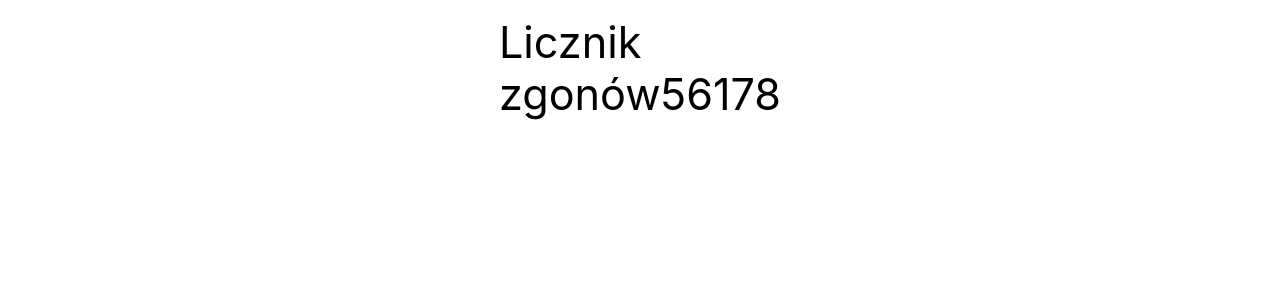
Repository: michalgornicki/poland-covid
Page: /
The author's editor kept a copy of each file at every save. The page is drawn from the files as they stood at one save, then again after a run of saves.
The browser window is 1280 px wide. The pictures show the whole page.
The project was rebuilt for these pictures with package versions that can differ from the ones it lists, and the page was loaded fresh each time.

Above is the page before, as saved 2021-12-04 19:06:14.

After the next 5 saves:
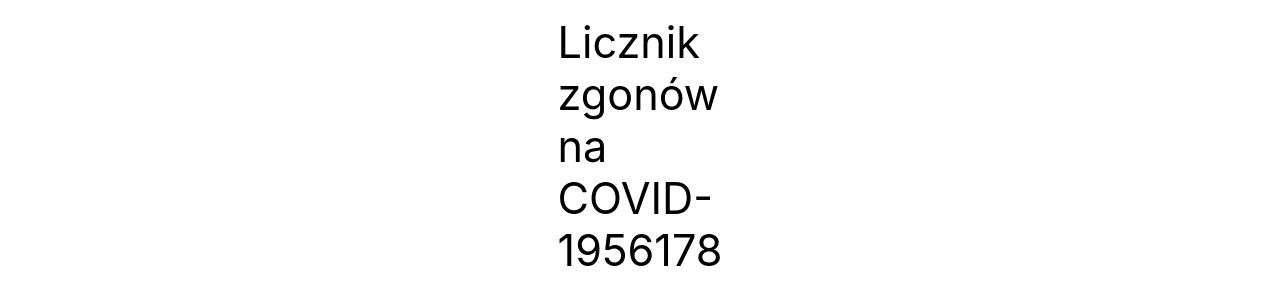
The 5 saves are shown as one change because they came seconds apart.
The last was saved 14 s later.
--- a/src/App.jsx
+++ b/src/App.jsx
@@ -14,7 +14,7 @@ function App() {
     let thisYearSeconds = Math.round(seconds - 1609401600)
 
     let deaths = Math.round(thisYearSeconds*0.00192110763);
-    document.getElementsByClassName('counter')[0].innerHTML = "Licznik zgonów" + deaths;
+    document.getElementsByClassName('counter')[0].innerHTML = "Licznik zgonów na COVID-19" + deaths;
     setTimeout(startTime, 1000);
   }
 
